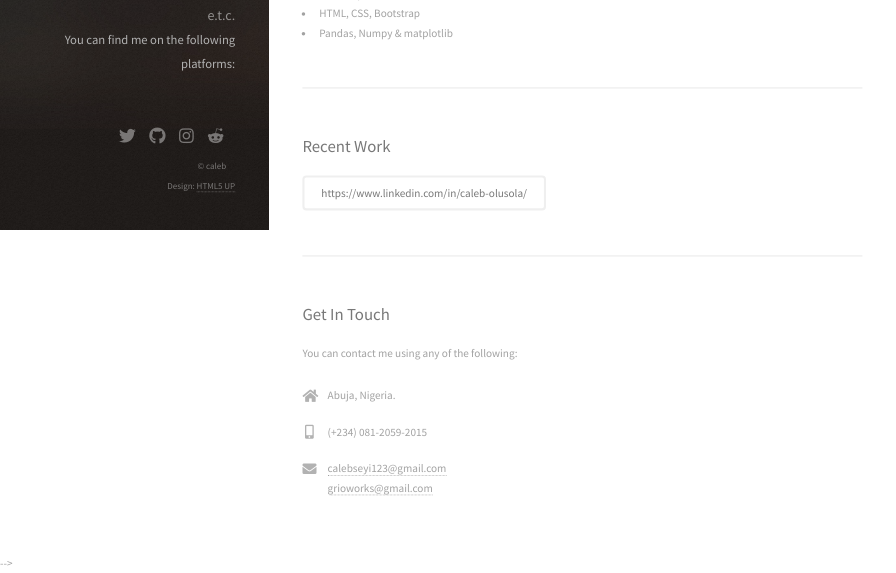
Repository: Caleb40/Caleb40.github.io
Page: index.html
An editor plug-in stored every save of this project. The page is shown before and after the next save, followed by the edit.
The browser window is 1280 px wide. The pictures show the part of the page from y = 392 to 2312 px (the page is 1210 px tall before and 2760 px after), at 70% of full size.

Above is the page before, as saved 2022-07-13 00:23:22.

After the next save:
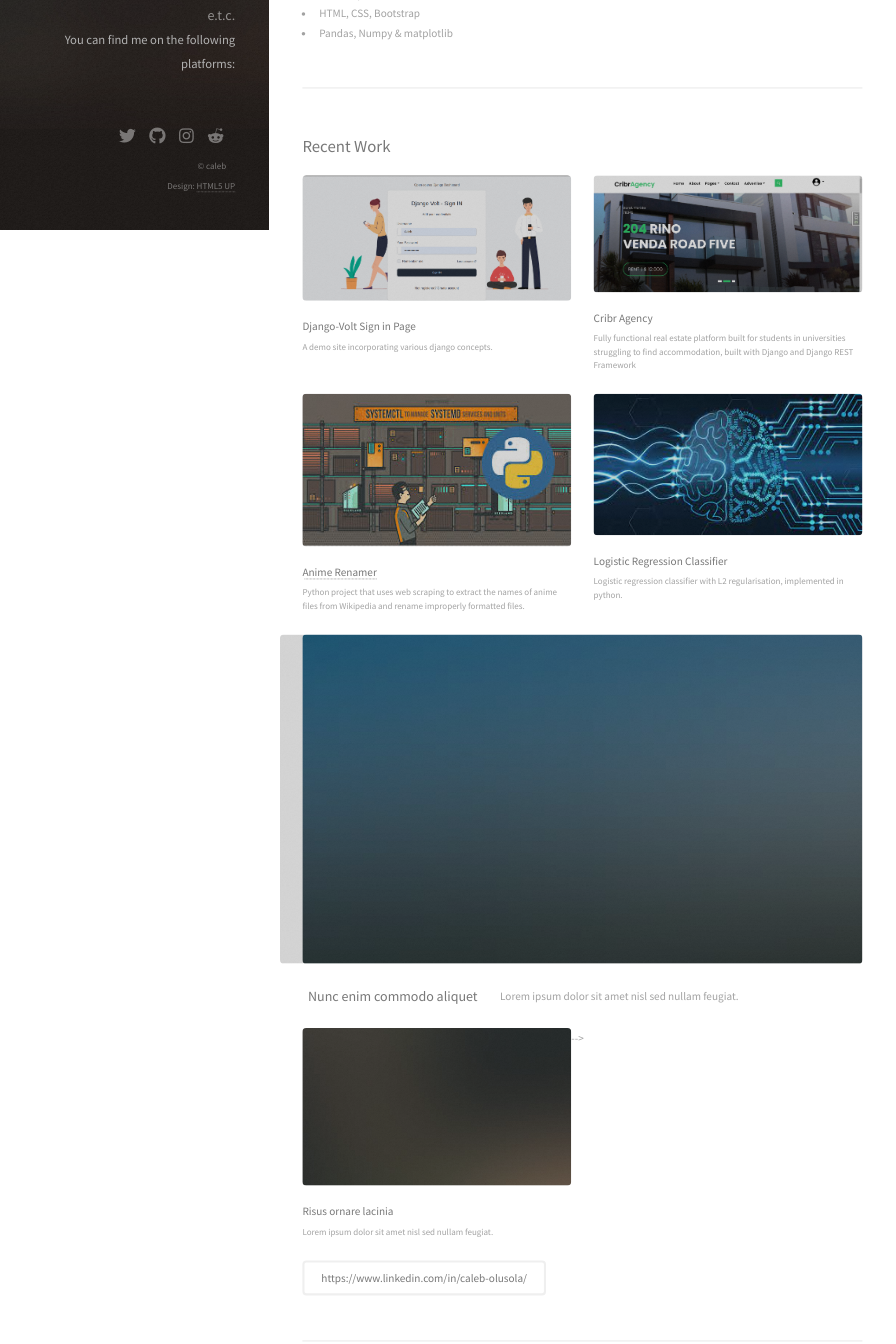
Saved 12 s later.
--- a/index.html
+++ b/index.html
@@ -48,7 +48,41 @@
 		<!-- Two -->
 		<section id="two">
 			<h2>Recent Work</h2>
-
+			<div class="row">
+				<article class="col-6 col-12-xsmall work-item">
+					<a href="images/portfolio/20220712_184121.png" class="image fit thumb"><img
+							src="images/portfolio/20220712_184121.png" alt="" /></a>
+					<h3>Django-Volt Sign in Page</h3>
+					<p>A demo site incorporating various django concepts.</p>
+				</article>
+				<article class="col-6 col-12-xsmall work-item">
+					<a href="images/portfolio/20220712_184159.png" class="image fit thumb"><img
+							src="images/portfolio/20220712_184159.png" /></a>
+					<h3>Cribr Agency</h3>
+					<p>Fully functional real estate platform built for students in universities struggling to find accommodation,
+						built with Django and Django REST Framework</p>
+				</article>
+				<article class="col-6 col-12-xsmall work-item">
+					<a href="images/images.jpeg" class="image fit thumb"><img src="images/images.jpeg" alt="" /></a>
+					<h3><a href="https://github.com/Caleb40/Anime-Renamer">Anime Renamer</a></h3>
+					<p>Python project that uses web scraping to extract the names of anime files from Wikipedia and rename
+						improperly formatted files.</p>
+				</article>
+				<article class="col-6 col-12-xsmall work-item">
+					<a href="images/ai.jpeg" class="image fit thumb"><img src="images/ai.jpeg" alt="" /></a>
+					<h3>Logistic Regression Classifier</h3>
+					<p>Logistic regression classifier with L2 regularisation, implemented in python.</p>
+				</article>
+				<a href="images/fulls/05.jpg" class="image fit thumb"><img src="images/thumbs/05.jpg" alt="" /></a>
+				<h3>Nunc enim commodo aliquet</h3>
+				<p>Lorem ipsum dolor sit amet nisl sed nullam feugiat.</p>
+				</article>
+				<article class="col-6 col-12-xsmall work-item">
+					<a href="images/fulls/06.jpg" class="image fit thumb"><img src="images/thumbs/06.jpg" alt="" /></a>
+					<h3>Risus ornare lacinia</h3>
+					<p>Lorem ipsum dolor sit amet nisl sed nullam feugiat.</p>
+				</article> -->
+			</div>
 			<ul class="actions">
 				<li><a href="#" class="button">https://www.linkedin.com/in/caleb-olusola/</a></li>
 			</ul>
